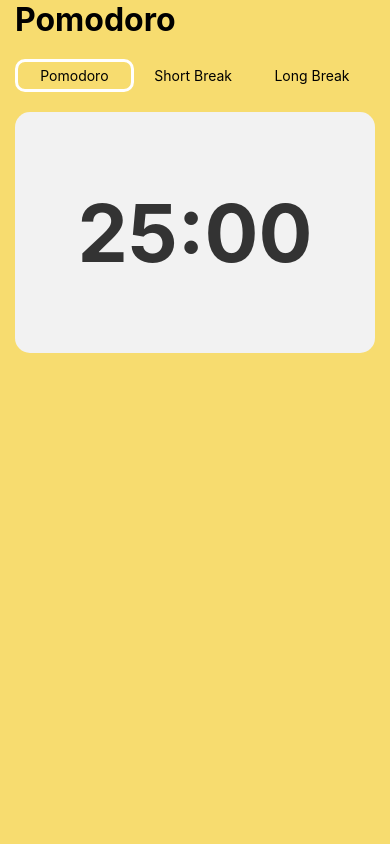
Repository: rchavarria77/pomodoro-app
Screen: /
These files come from the project's save history. The screen is drawn as it stood at one moment and after the next save; the edit follows.
The app was drawn by React Native's web renderer in a window 390 px wide. The project was rebuilt for these pictures with package versions that can differ from the ones it lists, and the page was loaded fresh each time.

Above is the screen before, as saved 2024-02-01 01:05:37.

After the next save:
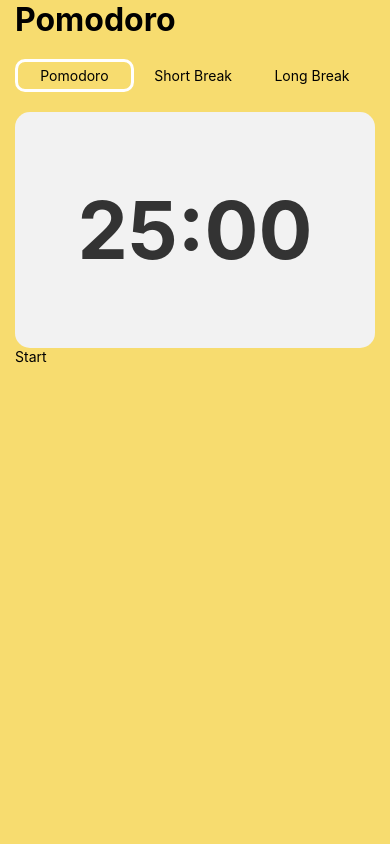
Saved 23 s later.
--- a/App.js
+++ b/App.js
@@ -37,7 +37,7 @@ export default function App() {
         />
         <Timer time={time} />
         <TouchableOpacity>
-          <Text>{}</Text>
+          <Text>{isActive ? 'Stop' : 'Start'}</Text>
         </TouchableOpacity>
       </View>
     </SafeAreaView>
